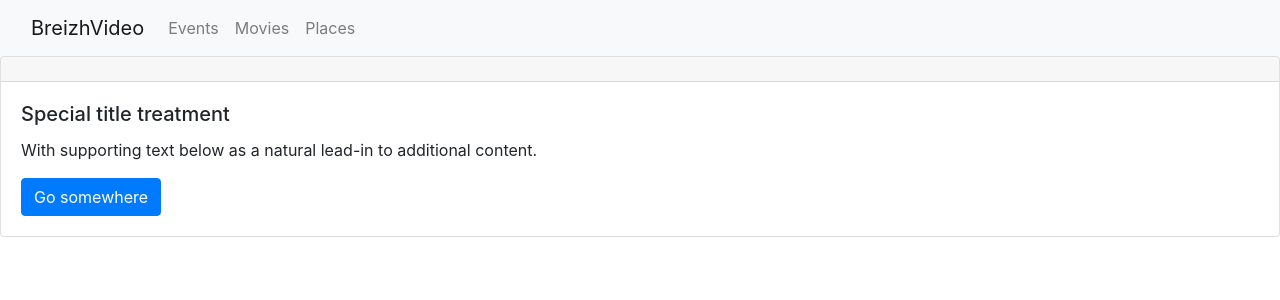
Repository: romgrm/Hackaton_BreizhVideo_FRONT
Page: /Events
An editor plug-in stored every save of this project. The page is shown before and after a run of saves, followed by the edit.
The browser window is 1280 px wide. The pictures show the whole page.
The page's requests for data from a server got no answer. Some web libraries are served in a nearby version. The project was rebuilt for these pictures with package versions that can differ from the ones it lists, and the page was loaded fresh each time. No one was signed in, and anything a server would have sent is missing. Also part of the build but not shown: src/Components/Films.js, src/Components/Village.js.

Above is the page before, as saved 2020-12-21 20:12:01.

After the next 5 saves:
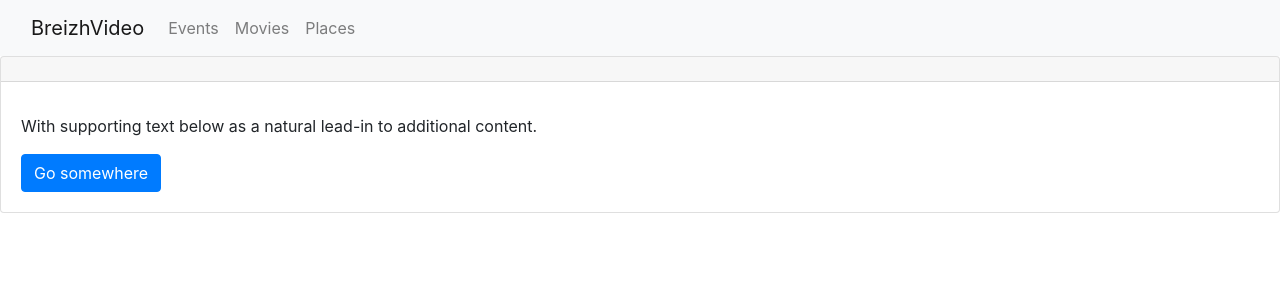
The 5 saves are shown as one change because they came seconds apart.
The last was saved 25 s later.
--- a/src/Components/Events.js
+++ b/src/Components/Events.js
@@ -25,7 +25,9 @@ export default function Events() {
                 ))}
             </div>
             <div class="card-body">
-                <h5 class="card-title">Special title treatment</h5>
+                <h5 class="card-title">{event.map((current) => (
+                             <p key={current.id}> Film 1 : {current.films.title}</p>
+                         ))}</h5>
                 <p class="card-text">With supporting text below as a natural lead-in to additional content.</p>
                 <a href="#" class="btn btn-primary">Go somewhere</a>
             </div>
